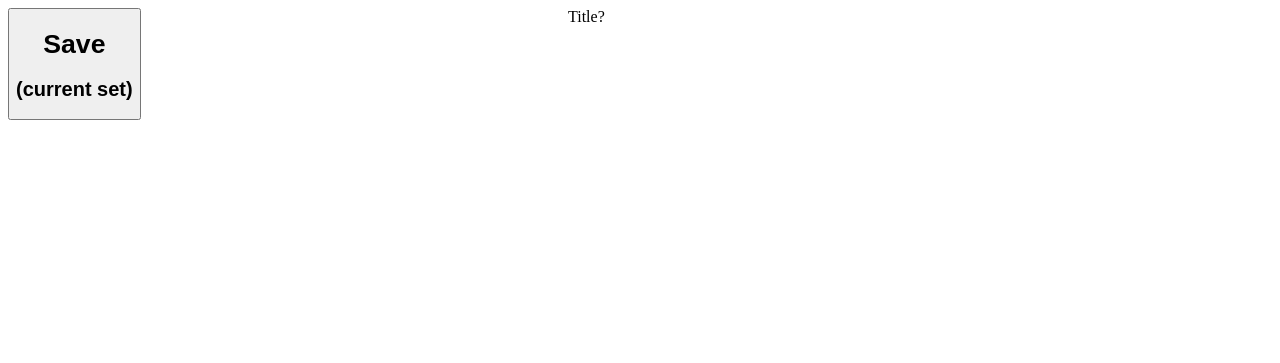
Repository: pixman92/GitTab
Page: popup.html
An editor plug-in stored every save of this project. The page is shown before and after the next save, followed by the edit.
The browser window is 1280 px wide. The pictures show the whole page.

Above is the page before, as saved 2020-01-24 13:36:12.

### popup.html
<!-- this file, is the 'instructions' of the extension
showing the different commands -->

<!DOCTYPE html>
<html>
<head>
    <meta charset="utf-8" />
    <meta http-equiv="X-UA-Compatible" content="IE=edge">
    <title>GitTab - Help</title>
    <meta name="viewport" content="width=device-width, initial-scale=1">
    <!-- <link rel="stylesheet" type="text/css" media="screen" href="main.css" /> -->
    <!-- <script src="main.js"></script> -->
    <script src="takeMeToBackground.js"></script>
    <style>
        div{
            width: 35em;
        }
        .grid1{
            display: grid;
            grid-template-columns: 0fr 1fr;
        }
        .grid2{
            display: grid;
            grid-template-rows: 1fr 1fr;
        }
    </style>
</head>
<body>
        <div class="grid1">
            <div>
                <button id="back"><span>
                    <h1>Save</h1><h2>(current set)</h2>
                </span></button>
            </div>
            <div class="grid2">
                <div>
                    Title?
                </div>
            </div>
        </div>

</body>
</html>

### takeMeToBackground.js
window.onload = ()=>{
    document.getElementById('back').addEventListener('click', ()=>{
        pullCurrentWindow();
    })
}

//========================================
//functions for pulling Tab data

// var tabGlobal;
function pullCurrentWindow(){
    //DIFICULT Function!!
    // works on getting current tabs
    // saving them to 'chrome' storage
    // and reproducing them in background.html
    var tabGlobal;
    chrome.tabs.query({currentWindow: true}, (tab)=>{
        console.log('tab', tab);
        tabGlobal = tab;
        chrome.storage.sync.set({'tabSet': tabGlobal});
    });
    console.log('tabGlobal1', tabGlobal);


    showBackground();

}


function showBackground(){
    chrome.tabs.create({url: chrome.extension.getURL('background.html')});
}


//========================================

function wait(timout){
    return new Promise(resolve=>setTimeout(resolve, timout));
}

After the next save:
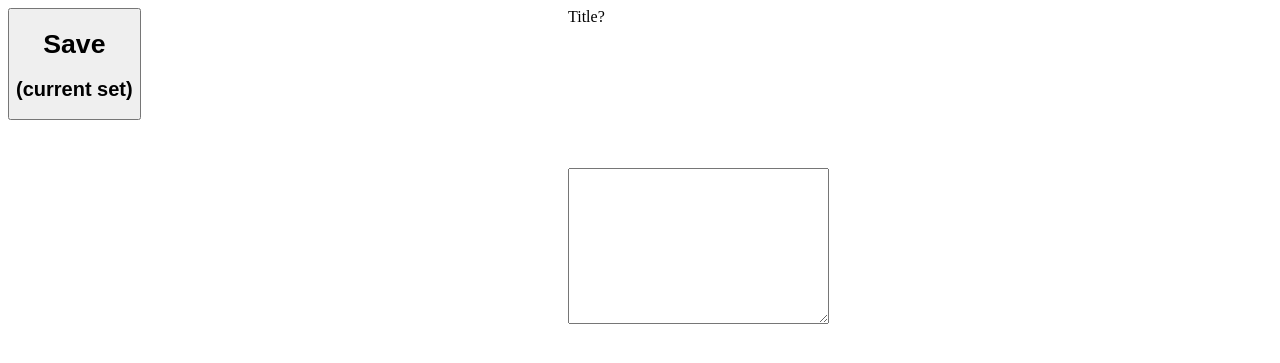
Saved 10 s later.
--- a/popup.html
+++ b/popup.html
@@ -34,7 +34,11 @@ showing the different commands -->
             </div>
             <div class="grid2">
                 <div>
+
                     Title?
+                </div>
+                <div>
+                    <textarea name="" id="" cols="30" rows="10"></textarea>
                 </div>
             </div>
         </div>
